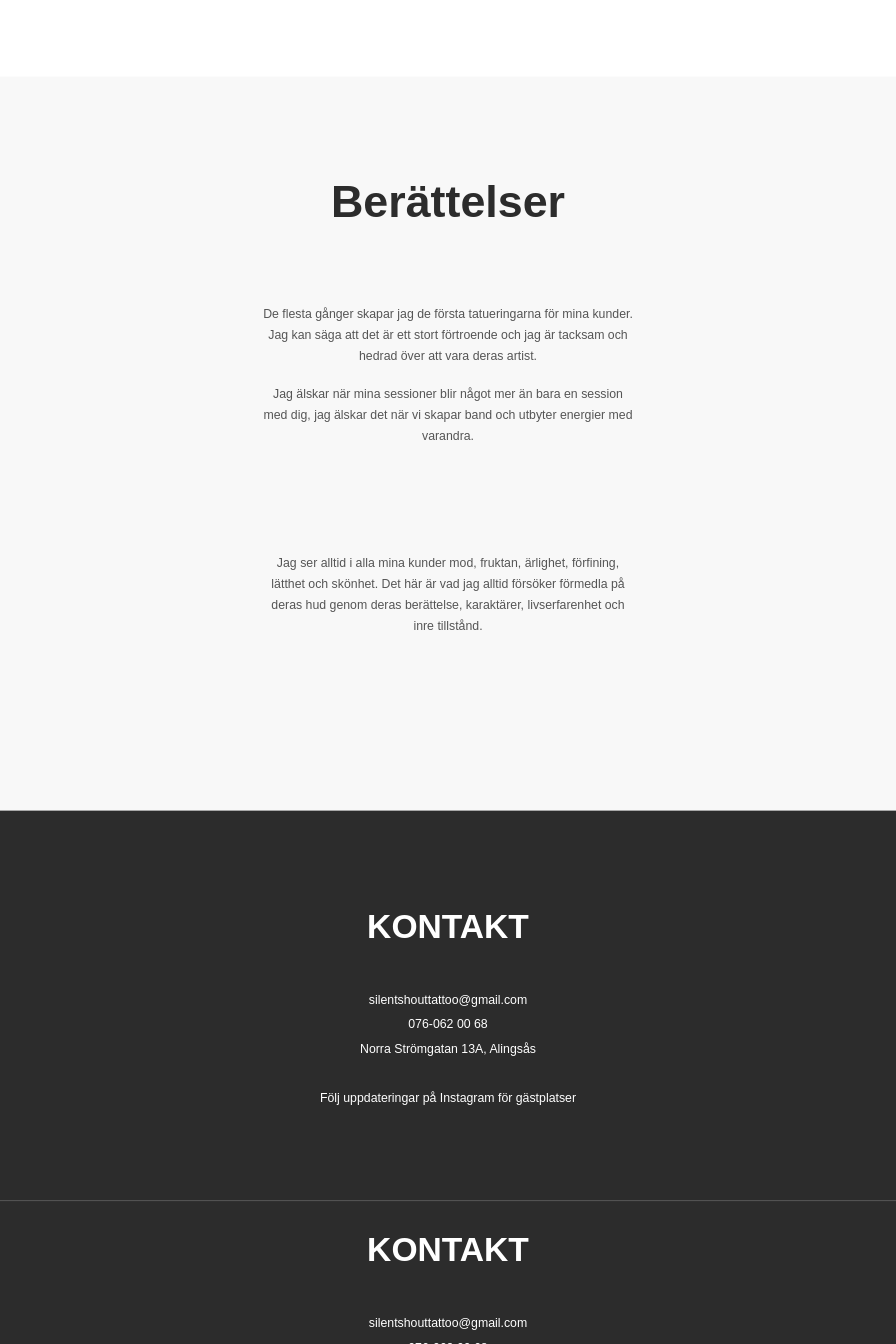
Repository: public-websites/silentshouttattoose
Page: index.html
An editor plug-in stored every save of this project. The page is shown before and after the next save, followed by the edit.
The browser window is 1280 px wide. The pictures show the part of the page from y = 4580 to 6500 px (the page is 6701 px tall before and 6144 px after), at 70% of full size.

Above is the page before, as saved 2025-06-26 09:04:42.

### index.html
<!DOCTYPE html>
<html lang="sv">
<head>
    <meta charset="UTF-8">
    <meta name="viewport" content="width=device-width, initial-scale=1.0">
    <title>Silent Shout - Den omtänksamma studion</title>
    <link rel="stylesheet" href="styles.css">
</head>
<body>
    <header class="social-header">
        <div class="container">
            <div class="social-icons">
                <a href="https://instagram.com" target="_blank" class="social-icon" aria-label="Instagram">
                    <svg viewBox="0 0 24 24" fill="currentColor">
                        <path d="M12 2.163c3.204 0 3.584.012 4.85.07 3.252.148 4.771 1.691 4.919 4.919.058 1.265.069 1.645.069 4.849 0 3.205-.012 3.584-.069 4.849-.149 3.225-1.664 4.771-4.919 4.919-1.266.058-1.644.07-4.85.07-3.204 0-3.584-.012-4.849-.07-3.26-.149-4.771-1.699-4.919-4.92-.058-1.265-.07-1.644-.07-4.849 0-3.204.013-3.583.07-4.849.149-3.227 1.664-4.771 4.919-4.919 1.266-.057 1.645-.069 4.849-.069zm0-2.163c-3.259 0-3.667.014-4.947.072-4.358.2-6.78 2.618-6.98 6.98-.059 1.281-.073 1.689-.073 4.948 0 3.259.014 3.668.072 4.948.2 4.358 2.618 6.78 6.98 6.98 1.281.058 1.689.072 4.948.072 3.259 0 3.668-.014 4.948-.072 4.354-.2 6.782-2.618 6.979-6.98.059-1.28.073-1.689.073-4.948 0-3.259-.014-3.667-.072-4.947-.196-4.354-2.617-6.78-6.979-6.98-1.281-.059-1.69-.073-4.949-.073zm0 5.838c-3.403 0-6.162 2.759-6.162 6.162s2.759 6.163 6.162 6.163 6.162-2.759 6.162-6.163c0-3.403-2.759-6.162-6.162-6.162zm0 10.162c-2.209 0-4-1.79-4-4 0-2.209 1.791-4 4-4s4 1.791 4 4c0 2.21-1.791 4-4 4zm6.406-11.845c-.796 0-1.441.645-1.441 1.44s.645 1.44 1.441 1.44c.795 0 1.439-.645 1.439-1.44s-.644-1.44-1.439-1.44z"/>
                    </svg>
                </a>
                <a href="https://facebook.com" target="_blank" class="social-icon" aria-label="Facebook">
                    <svg viewBox="0 0 24 24" fill="currentColor">
                        <path d="M24 12.073c0-6.627-5.373-12-12-12s-12 5.373-12 12c0 5.99 4.388 10.954 10.125 11.854v-8.385H7.078v-3.47h3.047V9.43c0-3.007 1.792-4.669 4.533-4.669 1.312 0 2.686.235 2.686.235v2.953H15.83c-1.491 0-1.956.925-1.956 1.874v2.25h3.328l-.532 3.47h-2.796v8.385C19.612 23.027 24 18.062 24 12.073z"/>
                    </svg>
                </a>
                <a href="mailto:info@inksoul.se" class="social-icon" aria-label="Email">
                    <svg viewBox="0 0 24 24" fill="currentColor">
                        <path d="M20 4H4c-1.1 0-1.99.9-1.99 2L2 18c0 1.1.9 2 2 2h16c1.1 0 2-.9 2-2V6c0-1.1-.9-2-2-2zm0 4l-8 5-8-5V6l8 5 8-5v2z"/>
                    </svg>
                </a>
            </div>
        </div>
    </header>

    <section class="hero">
        <div class="container">
            <div class="hero-text">
                <p class="hero-quote">Jag känner din energi och överför den till den dyraste duken i världen –</p>
                <h1 class="studio-name">Silent<br>Shout</h1>
                <p class="studio-tagline">Tatueringsartist & konstnär</p>
                <p class="location">Baserad i Alingsås</p>
                <a href="#booking" class="cta-button">Skicka förfrågan</a>
            </div>
        </div>
    </section>

    <section class="story-section">
        <div class="container">
            <div class="story-content fade-in">
                <p class="story-text">
                    Jag älskar att arbeta med människor och skapa något från noll som kommer att finnas kvar för alltid på den mänskliga kroppen.
                    Jag gör freehand och freestyle-tatueringar – det handlar om frihet och känsla.
                </p>
                <p class="story-text">
                    Alla har sin egen speciella energi som jag läser under våra första 15 minuter när vi träffas:
                    Hur du ler, hur du pratar, hur du känner dig. Då kommer en bild i mitt huvud där jag redan kan se den framtida designen för ditt projekt.
                </p>
                <p class="story-highlight">
                    Processen för mig är alltid som om vi dansar och känner varandra, och då kommer något unikt för dig och för mig.
                </p>
            </div>
        </div>
    </section>

    <section class="large-text-section">
        <div class="container">
            <h2 class="large-text split fade-in">
                Känsligt
                <span>Käns-</span>
                <span>Ligt</span>
            </h2>
        </div>

        <!-- Animated GIF Element -->
        <div class="animated-gif">
            <img src="https://media2.giphy.com/media/v1.Y2lkPTc5MGI3NjExbzJpbTR2cWllN2oxamhwMTZ6MjFmYzZ1czZ1b2Y0cXg3MmRrZDRkbiZlcD12MV9pbnRlcm5hbF9naWZfYnlfaWQmY3Q9Zw/3ohs7UJi7uqAcquQoM/giphy.gif" alt="Animated line drawing" />
        </div>
    </section>

    <section class="philosophy-section">
        <div class="container">
            <p class="philosophy-text fade-in">
                Förtroende för artisten börjar med förtroende för världen. Mitt mål är att inspirera tro på dig själv,
                framtiden och livet självt genom tatueringar. Jag vill förmedla ett budskap genom min konst att du är fri och fri alltid och överallt.
            </p>
        </div>
    </section>

    <section class="large-text-section">
        <div class="container">
            <h2 class="large-text split fade-in">
                Din
                <span>Värde-</span>
                <span>Fulla</span>
            </h2>
        </div>

        <!-- Animated SVG Drawing Element -->
        <div class="animated-drawing">
            <svg viewBox="0 0 200 200" xmlns="http://www.w3.org/2000/svg">
                <path d="M50,100 Q100,50 150,100 Q100,150 50,100" />
                <path d="M80,70 Q100,90 120,70 Q100,50 80,70" />
                <path d="M80,130 Q100,110 120,130 Q100,150 80,130" />
                <path d="M100,80 L100,120 M80,100 L120,100" />
            </svg>
        </div>
    </section>

    <section class="booking-section" id="booking">
        <div class="container">
            <h2 class="booking-title fade-in">Låt oss vibba tillsammans</h2>
            <div class="form-container fade-in">
                <div class="form-intro">
                    <h3>Skapa din historia</h3>
                    <p>Berätta för mig om din vision, din energi, din berättelse. Jag kommer att skapa något unikt bara för dig.</p>
                </div>

                <!-- Profil och kontaktinfo sida vid sida -->
                <div class="profile-contact-row">
                    <div class="profile-image-wrapper">
                        <img src="profile.jpg" alt="Silent Shout Tattoo Artist" class="profile-image">
                    </div>
                    <div class="profile-contact-info">
                        <div class="contact-info-section">
                            <h4>Telefon</h4>
                            <p><a href="tel:0760620068">076-062 00 68</a></p>
                        </div>
                        <div class="contact-info-section">
                            <h4>E-post</h4>
                            <p><a href="mailto:silentshouttattoo@gmail.com">silentshouttattoo@gmail.com</a></p>
                        </div>
                        <div class="opening-hours">
                            <h4>Öppettider</h4>
                            <p>Vardagar 10.00 — 17.00</p>
                            <p>Lördagar vid bokad tid</p>
                        </div>
                    </div>
                </div>

                <!-- Form Toggle Buttons -->
                <div class="form-toggle">
                    <button class="toggle-btn active" data-form="custom">Snabbformulär</button>
                    <button class="toggle-btn" data-form="google">Detaljerat Formulär</button>
                </div>

                <!-- Custom Form -->
                <form class="custom-form" id="contactForm">
                    <div class="form-intro">
                        <h3>Har du frågor eller vill du boka tid? Fyll i formuläret så kontaktar vi dig så fort vi kan.</h3>
                    </div>

                    <div class="form-fields">
                        <div class="form-row">
                            <div class="form-group">
                                <label for="name">Namn</label>
                                <input type="text" id="name" name="name" required>
                            </div>

                            <div class="form-group">
                                <label for="email">E-post</label>
                                <input type="email" id="email" name="email" required>
                            </div>
                        </div>

                        <div class="form-row">
                            <div class="form-group">
                                <label for="phone">Telefon</label>
                                <input type="tel" id="phone" name="phone">
                            </div>

                            <div class="form-group">
                                <label for="message">Meddelande</label>
                                <textarea id="message" name="message" rows="4"></textarea>
                            </div>
                        </div>

                        <div class="checkbox-group">
                            <input type="checkbox" id="privacy" name="privacy" required>
                            <label for="privacy">
                                Jag accepterar <a href="#" target="_blank">Hantering av personuppgifter</a>
                            </label>
                        </div>

                        <button type="submit" class="submit-button">SKICKA</button>
                    </div>
                </form>

                <!-- Google Forms Container -->
                <div class="google-form-container" style="display: none;">
                    <div class="form-loading" id="formLoading">
                        <div class="spinner"></div>
                        <p>laddar formulär...</p>
                    </div>

                    <iframe
                        src="https://docs.google.com/forms/d/e/1FAIpQLSe5F3VtygnRylmXwHNeTswBMIdDoRpoEf7FgPYu2_uIHeA4zQ/viewform?embedded=true&vc=0&c=0&w=1&flr=0"
                        frameborder="0"
                        marginheight="0"
                        marginwidth="0"
                        onload="hideLoading()"
                        style="display: none;"
                        id="bookingForm">
                        Laddar...
                    </iframe>
                </div>
            </div>
        </div>
    </section>

    <section class="stories-section">
        <div class="container">
            <h2 class="stories-title fade-in">Berättelser</h2>

            <div class="story-card fade-in">
                <p>
                    De flesta gånger skapar jag de första tatueringarna för mina kunder. Jag kan säga att det är ett stort förtroende och jag är tacksam och hedrad över att vara deras artist.
                </p>
                <p>
                    Jag älskar när mina sessioner blir något mer än bara en session med dig, jag älskar det när vi skapar band och utbyter energier med varandra.
                </p>
            </div>

            <div class="story-card fade-in">
                <p>
                    Jag ser alltid i alla mina kunder mod, fruktan, ärlighet, förfining, lätthet och skönhet.
                    Det här är vad jag alltid försöker förmedla på deras hud genom deras berättelse, karaktärer, livserfarenhet och inre tillstånd.
                </p>
            </div>
        </div>
    </section>

    <section class="contact-section">
        <div class="container">
            <h2 class="contact-title fade-in">Kontakt</h2>
            <div class="contact-info fade-in">
                <p><a href="mailto:silentshouttattoo@gmail.com">silentshouttattoo@gmail.com</a></p>
                <p><a href="tel:0760620068">076-062 00 68</a></p>
                <p>Norra Strömgatan 13A, Alingsås</p>
                <br>
                <p><a href="https://instagram.com" target="_blank">Följ uppdateringar på Instagram för gästplatser</a></p>
            </div>
        </div>
    </section>

    <footer class="social-footer">
        <div class="container">
            <h2 class="contact-title">Kontakt</h2>
            <div class="contact-info">
                <p><a href="mailto:silentshouttattoo@gmail.com">silentshouttattoo@gmail.com</a></p>
                <p><a href="tel:0760620068">076-062 00 68</a></p>
                <p>Norra Strömgatan 13A, Alingsås</p>
                <br>
                <p><a href="https://instagram.com" target="_blank">Följ uppdateringar på Instagram för gästplatser</a></p>
            </div>
            <div class="social-icons">
                <a href="https://instagram.com" target="_blank" class="social-icon" aria-label="Instagram">
                    <svg viewBox="0 0 24 24" fill="currentColor">
                        <path d="M12 2.163c3.204 0 3.584.012 4.85.07 3.252.148 4.771 1.691 4.919 4.919.058 1.265.069 1.645.069 4.849 0 3.205-.012 3.584-.069 4.849-.149 3.225-1.664 4.771-4.919 4.919-1.266.058-1.644.07-4.85.07-3.204 0-3.584-.012-4.849-.07-3.26-.149-4.771-1.699-4.919-4.92-.058-1.265-.07-1.644-.07-4.849 0-3.204.013-3.583.07-4.849.149-3.227 1.664-4.771 4.919-4.919 1.266-.057 1.645-.069 4.849-.069zm0-2.163c-3.259 0-3.667.014-4.947.072-4.358.2-6.78 2.618-6.98 6.98-.059 1.281-.073 1.689-.073 4.948 0 3.259.014 3.668.072 4.948.2 4.358 2.618 6.78 6.98 6.98 1.281.058 1.689.072 4.948.072 3.259 0 3.668-.014 4.948-.072 4.354-.2 6.782-2.618 6.979-6.98.059-1.28.073-1.689.073-4.948 0-3.259-.014-3.667-.072-4.947-.196-4.354-2.617-6.78-6.979-6.98-1.281-.059-1.69-.073-4.949-.073zm0 5.838c-3.403 0-6.162 2.759-6.162 6.162s2.759 6.163 6.162 6.163 6.162-2.759 6.162-6.163c0-3.403-2.759-6.162-6.162-6.162zm0 10.162c-2.209 0-4-1.79-4-4 0-2.209 1.791-4 4-4s4 1.791 4 4c0 2.21-1.791 4-4 4zm6.406-11.845c-.796 0-1.441.645-1.441 1.44s.645 1.44 1.441 1.44c.795 0 1.439-.645 1.439-1.44s-.644-1.44-1.439-1.44z"/>
                    </svg>
                </a>
                <a href="https://facebook.com" target="_blank" class="social-icon" aria-label="Facebook">
                    <svg viewBox="0 0 24 24" fill="currentColor">
                        <path d="M24 12.073c0-6.627-5.373-12-12-12s-12 5.373-12 12c0 5.99 4.388 10.954 10.125 11.854v-8.385H7.078v-3.47h3.047V9.43c0-3.007 1.792-4.669 4.533-4.669 1.312 0 2.686.235 2.686.235v2.953H15.83c-1.491 0-1.956.925-1.956 1.874v2.25h3.328l-.532 3.47h-2.796v8.385C19.612 23.027 24 18.062 24 12.073z"/>
                    </svg>
                </a>
                <a href="mailto:info@inksoul.se" class="social-icon" aria-label="Email">
                    <svg viewBox="0 0 24 24" fill="currentColor">
                        <path d="M20 4H4c-1.1 0-1.99.9-1.99 2L2 18c0 1.1.9 2 2 2h16c1.1 0 2-.9 2-2V6c0-1.1-.9-2-2-2zm0 4l-8 5-8-5V6l8 5 8-5v2z"/>
                    </svg>
                </a>
            </div>
        </div>
    </footer>

    <script src="script.js"></script>
</body>
</html>

Loaded but not shown: script.js (92 lines, source omitted); styles.css (845 lines, source omitted)

After the next save:
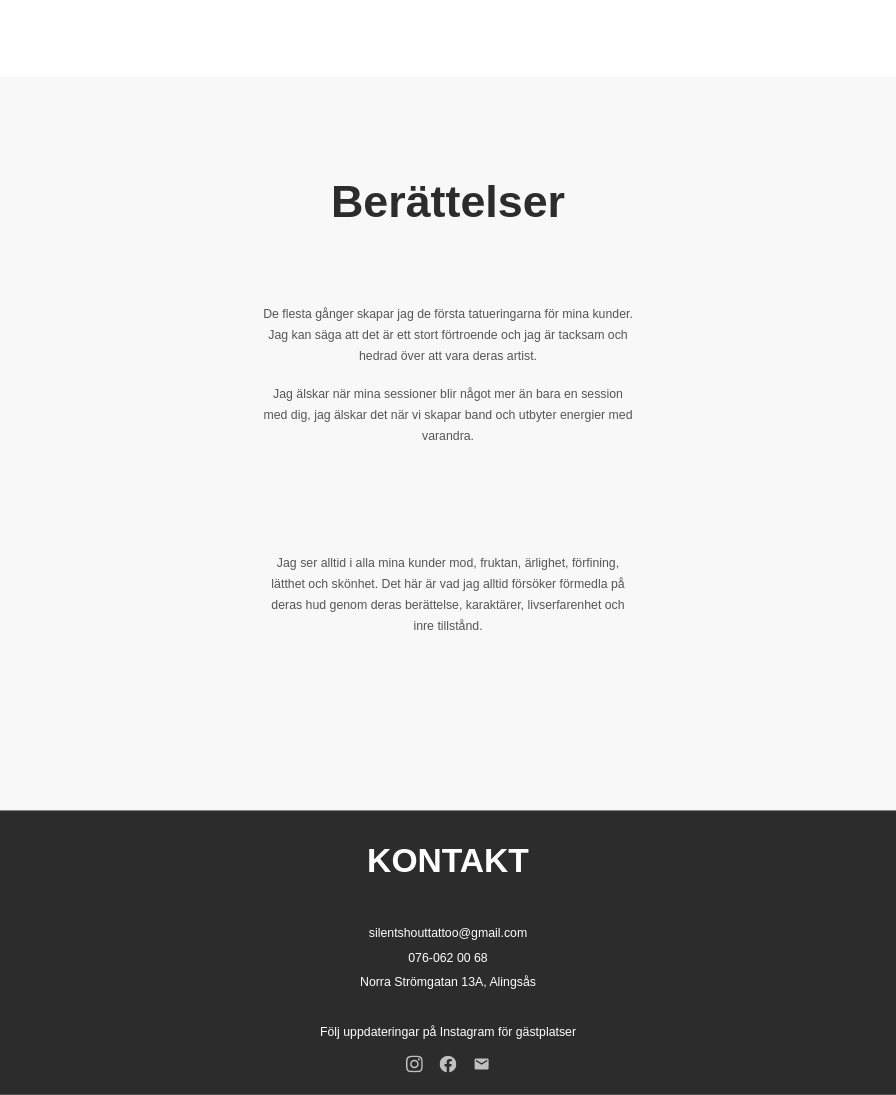
Saved 3 min 52 s later.
--- a/index.html
+++ b/index.html
@@ -226,19 +226,6 @@
         </div>
     </section>
 
-    <section class="contact-section">
-        <div class="container">
-            <h2 class="contact-title fade-in">Kontakt</h2>
-            <div class="contact-info fade-in">
-                <p><a href="mailto:silentshouttattoo@gmail.com">silentshouttattoo@gmail.com</a></p>
-                <p><a href="tel:0760620068">076-062 00 68</a></p>
-                <p>Norra Strömgatan 13A, Alingsås</p>
-                <br>
-                <p><a href="https://instagram.com" target="_blank">Följ uppdateringar på Instagram för gästplatser</a></p>
-            </div>
-        </div>
-    </section>
-
     <footer class="social-footer">
         <div class="container">
             <h2 class="contact-title">Kontakt</h2>
